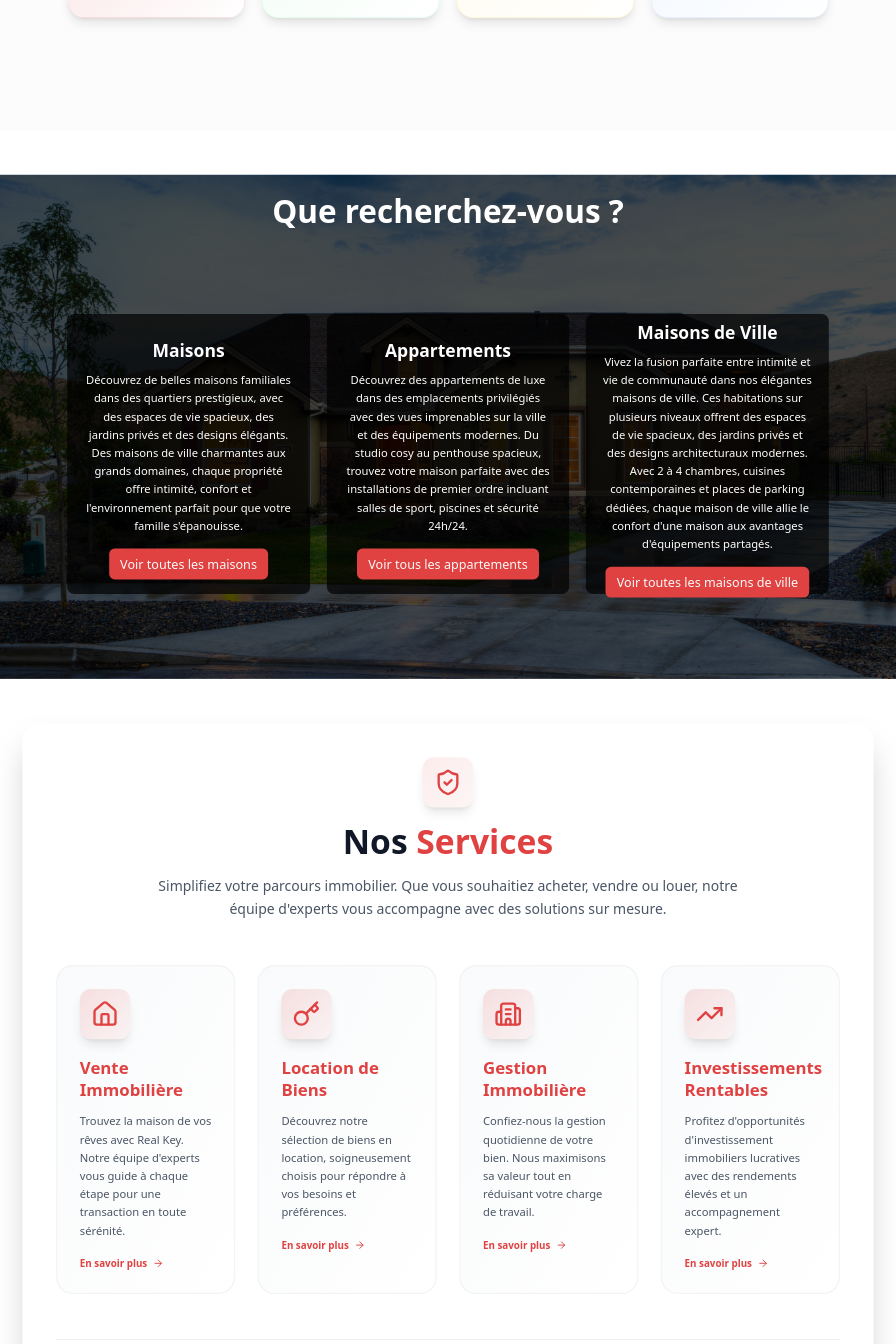
Repository: lamatmed/Real-Key
Page: /
The author's editor kept a copy of each file at every save. The page is drawn from the files as they stood at one save, then again after the next save.
The browser window is 1280 px wide. The pictures show the part of the page from y = 2234 to 4154 px (the page is 5473 px tall before and 5353 px after), at 70% of full size.
The page's requests for data from a server got no answer. The project was rebuilt for these pictures with package versions that can differ from the ones it lists, and the page was loaded fresh each time. Some packages were replaced by stand-ins written for this rebuild. The framework's server and built-in components were replaced by stand-ins that run in the browser. No one was signed in, and anything a server would have sent is missing. Also part of the build but not shown: next.config.ts, app/_components/PropertyCard.tsx.

Above is the page before, as saved 2025-09-28 17:21:25.

After the next save:
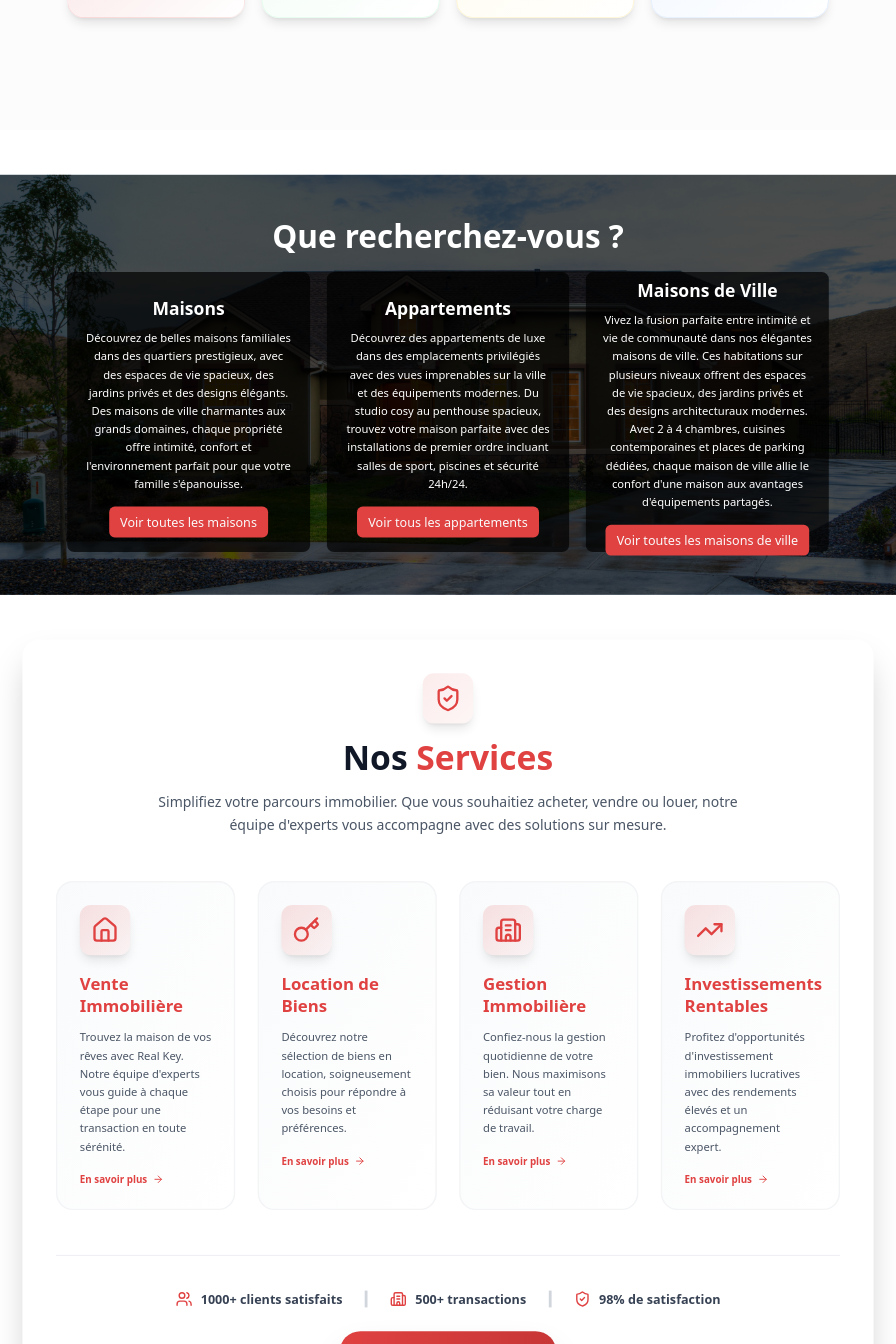
Saved 2 min 46 s later.
--- a/app/_components/WhatClientWant.tsx
+++ b/app/_components/WhatClientWant.tsx
@@ -6,7 +6,7 @@ import React from 'react'
 
 function WhatClientWant() {
   return (
-   <div className='relative min-h-screen lg:h-[600px] w-full'>
+   <div className='relative w-full py-8 lg:py-0 lg:h-[600px]'>
 
         <Image
           alt='hero'
@@ -19,14 +19,14 @@ function WhatClientWant() {
       <div className='absolute inset-0 bg-black/70 z-10'></div>
 
 
-    <div className='absolute inset-0 z-20 flex flex-col justify-start lg:justify-center pt-16 lg:pt-0'>
+    <div className='relative z-20 flex flex-col justify-center py-8 lg:py-0 lg:absolute lg:inset-0'>
       <div className='flex items-center justify-center'>
         <h1 className='text-3xl md:text-[45px] font-bold mb-6 text-white text-center px-4'>
           Que recherchez-vous ?
         </h1>
       </div>
 
-      <div className='grid grid-cols-1 lg:grid-cols-3 text-white gap-4 lg:gap-6 text-center px-4 lg:p-24 pb-8'>
+      <div className='grid grid-cols-1 lg:grid-cols-3 text-white gap-4 lg:gap-6 text-center px-4 lg:px-24'>
 
         <div className='p-4 lg:p-6 flex flex-col items-center h-auto lg:h-[400px] justify-center bg-black/70 rounded-lg'>
           <House className="w-12 h-12 md:w-16 md:h-16 lg:w-[85px] lg:h-[85px]"/>
